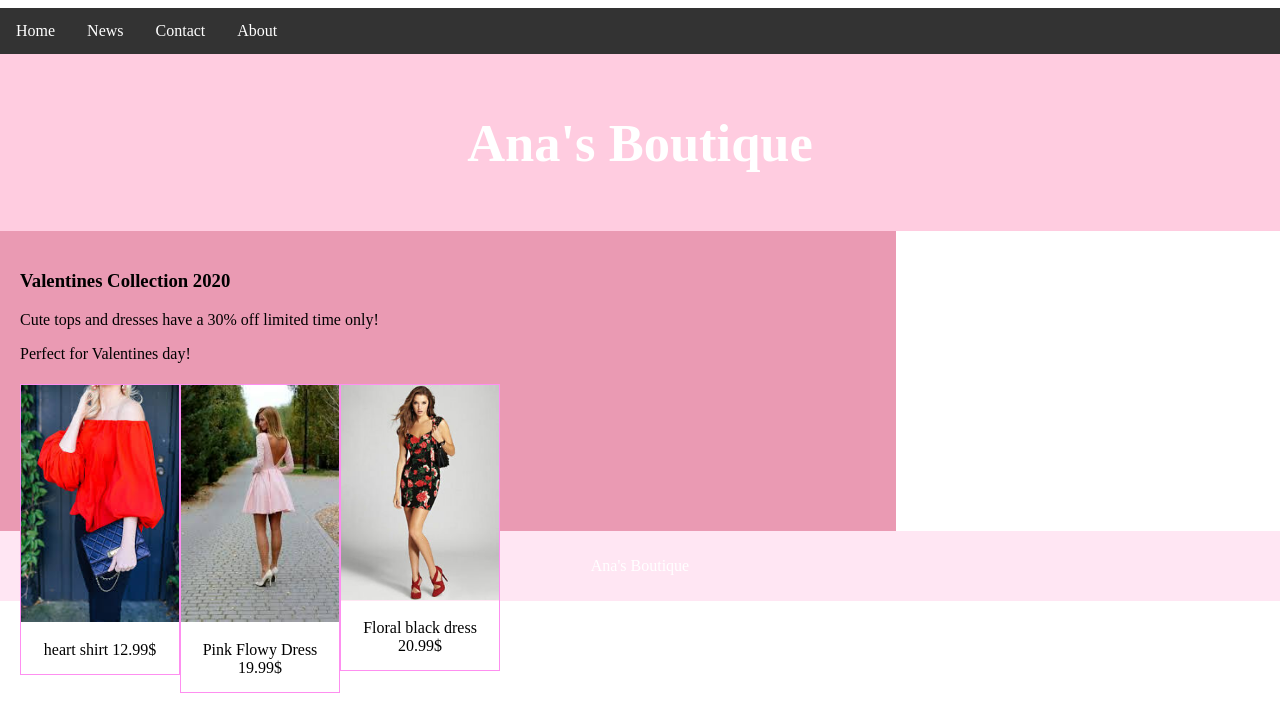
Repository: anavaldovinos/anavaldovinos.github.io
Page: project/home.html
The author's editor kept a record of every edit. The page is drawn from the files as they stood at one moment, then again after the next edit.
The browser window is 1280 px wide. The pictures show the whole page.

Above is the page before.

### project/home.html
<!DOCTYPE html>
<html lang="en">
<head>
<title>CSS Template</title>
<meta charset="utf-8">
<meta name="viewport" content="width=device-width, initial-scale=1">
<style>
* {
  box-sizing: border-box;
}



body {
  font-family: Brush Script MT;
    margin-left: auto;
  margin-right: auto;
}
/* Start of gallery */

div.gallery {
  margin: 5px;
  margin-left: auto;
  margin-right: auto;
  border: 1px solid #FE8FF0;
  float: left;
  width: 160px;
}

div.gallery:hover {
  border: 5px solid #D48CCC;

}

div.gallery img {
  width: 100%;
    margin-left: auto;
  margin-right: auto;
  height: auto;
}

div.desc {
  padding: 15px;
  text-align: center;
}
/* end of gallery */



/* Style the header */
header {
  background-color: #ffcce0;
  padding: 15px;
  text-align: center;
  font-size: 35px;
  color: white;

}
/* nav bar */
ul {
  list-style-type: none;
  margin: 0;
  padding: 0;
  overflow: hidden;
  background-color: #333;
}

li {
  float: left;
}

li a {
  display: block;
  color: white;
  text-align: center;
  padding: 14px 16px;
  text-decoration: none;
}

li a:hover {
  background-color:#EE6C94;
}
/* end of nav bar */


article {
  float: left;
  padding: 20px;
  width: 70%;
  background-color: #EA9AB3;
  height: 300px; /* only for demonstration, should be removed */
}

/* Clear floats after the columns */
section:after {
  content: "";
  display: table;
  clear: both;
}

/* Style the footer */
footer {
  background-color:#ffe6f3;
  padding: 10px;
  text-align: center;
  color: white;
}

/* Responsive layout - makes the two columns/boxes stack on top of each other instead of next to each other, on small screens */
@media (max-width: 600px) {
  nav, article {
    width: 100%;
    height: auto;
  }
}
</style>
</head>
<body>

  <ul>
  <li><a class="active" href="home.html">Home</a></li>
  <li><a href="news.html">News</a></li>
  <li><a href="contact.html">Contact</a></li>
  <li><a href="about.html">About</a></li>
</ul>

<header>
  <h2>Ana's Boutique</h2>

</header>

<section>


  <article>
    <h1>Valentines Collection 2020
   </h1>
    <p>Cute tops and dresses have a 30% off limited time only!</p>
    <p>Perfect for Valentines day!</p>


    <div class="gallery">
    <img src="shirt.jpg" width="400" height="400">
  <div class="desc">heart shirt 12.99$</div>
</div>


<div class="gallery">
    <img src="pinkdress.jpg" width="400" height="400">
   <div class="desc">Pink Flowy Dress 19.99$</div>
</div>

<div class="gallery">
    <img src="dress2.jpg" width="525" height="475">
   <div class="desc">Floral black dress 20.99$</div>
</div>

  </article>

</section>

<footer>
  <p>Ana's Boutique</p>
</footer>

</body>
</html>

After the next edit:
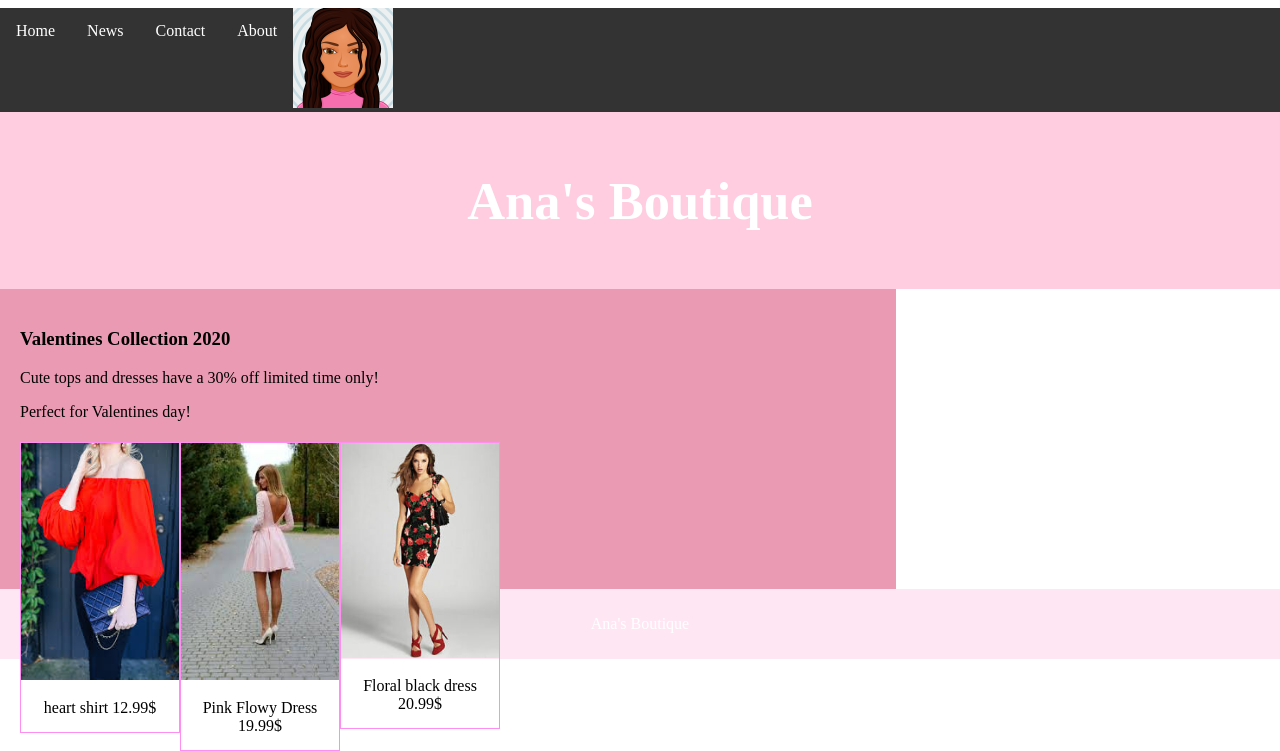
The edit:
--- a/project/home.html
+++ b/project/home.html
@@ -122,6 +122,7 @@
   <li><a href="news.html">News</a></li>
   <li><a href="contact.html">Contact</a></li>
   <li><a href="about.html">About</a></li>
+   <img src="myAvatar.png" width="100" height="100" class=avatar">
 </ul>
 
 <header>
